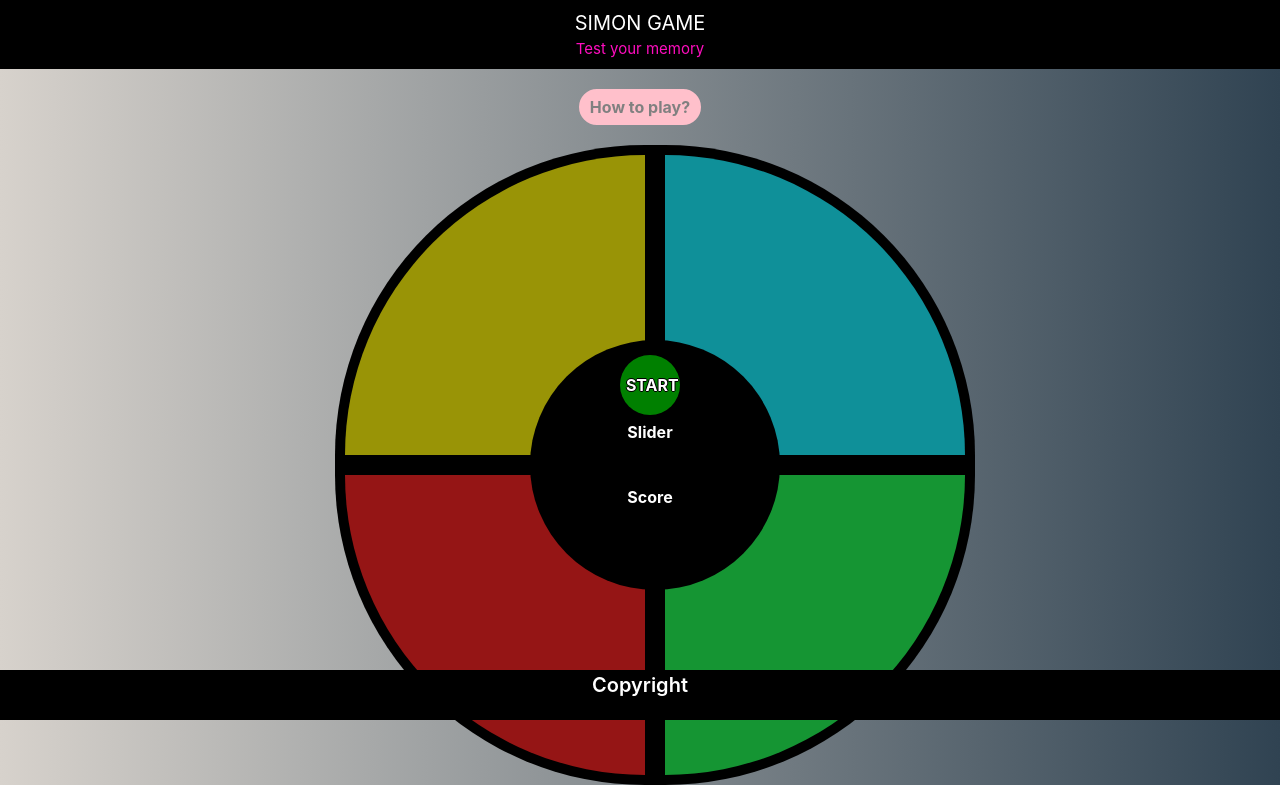
Repository: murphya14/Simon-game
Page: index.html
The author's editor kept a record of every edit. The page is drawn from the files as they stood at one moment, then again after the next edit.
The browser window is 1280 px wide. The pictures show the whole page.
The pointer rests on the first visible `.how-to`.

Above is the page before.

### index.html
<!DOCTYPE html>
<html lang="en">

<head>
    <meta charset="UTF-8">
    <meta name="viewport" content="width=device-width, initial-scale=1, shrink-to-fit=no">
    <meta http-equiv="X-UA-Compatible" content="ie=edge">
    <meta charset="UTF-8">

    <meta name="description" content="Simon Memory Game">
    <meta name="keywords" content="Simon Memory, Memory Game, Game, Puzzle, Fun, Challenge">
    <meta name="author" content="Aisling Murphy">
    <link rel="stylesheet" href="assets/css/style.css" type="text/css" />
    <link href="/YOUR_PATH/favicon.ico" rel="icon" type="image/x-icon" />
    <link rel="stylesheet" href=" https://stackpath.bootstrapcdn.com/font-awesome/4.7.0/css/font-awesome.min.css" type="text/css" />
    <link href="https://fonts.googleapis.com/css?family=Orbitron&display=swap" rel="stylesheet">
    <link href="https://fonts.googleapis.com/css?family=Shojumaru&effect=3d rel='stylesheet' type='text/css">
    <link rel="stylesheet" href="https://stackpath.bootstrapcdn.com/bootstrap/4.3.1/css/bootstrap.min.css" integrity="sha384-ggOyR0iXCbMQv3Xipma34MD+dH/1fQ784/j6cY/iJTQUOhcWr7x9JvoRxT2MZw1T" crossorigin="anonymous">
    <link href="data:[embedded picture, 1901 characters]"
        rel="icon" type="image/x-icon" />
    <title>Simon Game</title>


</head>

<body>
    <header>
        <nav class="navbar navbar-expand-lg flex-column container-fluid">
            <div="row">
                <div class="col-12 header">Simon Game</div>
                </div>
                <div class="row">
                    <div class="col-12 sub-heading">Test your memory</div>
                </div>
    </header>
    </nav>

  <div class="wrapper">  <div class="container flex-column">

        <div class="row">
            <div class="col center">
                <button class="how-to" id="how-to">How to play?</button>
            </div>
        </div>

        <!---Help from https://www.danpurdy.co.uk/tutorial/simon-says-game-in-jquery-tutorial/-->

        <div class="row">
            <div class="col">
                <div class="background-circle">
                    <div class="pad one" id="1">
                        <audio preload="auto" class="sound1" data-pad="1">
                  <source src="sounds/mp3/sounds_01.mp3" type="audio/mpeg"/>
               </audio>
                    </div>
                    <div class="pad two" id="2">
                        <audio preload="auto" class="sound2" data-pad="2">
          <source src="sounds/mp3/sounds_02.mp3" type="audio/mpeg"/>
                 </audio>
                    </div>
                    <div class="pad three" id="3">
                        <audio preload="auto" class="sound3" data-pad="3">
                <source src="sounds/mp3/sounds_03.mp3" type="audio/mpeg"/>

                </audio>
                    </div>
                    <div class="pad four" id="4">
                        <audio preload="auto" class="sound4" data-pad="4">
                  <source src="sounds/mp3/sounds_04.mp3" type="audio/mpeg"/>
                </audio>
                    </div>

                    <div class="circle">

                    <button class="center start-button" id="start">Start</button>

                    <div id="slider">Slider</div>

                    <div id="score">Score</div>

                    </div>



                </div>

            </div>

        </div>
 </div>
        <footer class="footer flex-column">
            <p class="col"> Copyright </p>
        </footer>

        <script src="https://code.jquery.com/jquery-3.3.1.slim.min.js" integrity="sha384-q8i/X+965DzO0rT7abK41JStQIAqVgRVzpbzo5smXKp4YfRvH+8abtTE1Pi6jizo" crossorigin="anonymous"></script>
        <script src="https://ajax.googleapis.com/ajax/libs/jquery/3.3.1/jquery.min.js"></script>
        <script src="https://cdnjs.cloudflare.com/ajax/libs/popper.js/1.14.7/umd/popper.min.js" integrity="sha384-UO2eT0CpHqdSJQ6hJty5KVphtPhzWj9WO1clHTMGa3JDZwrnQq4sF86dIHNDz0W1" crossorigin="anonymous"></script>
        <script src="https://stackpath.bootstrapcdn.com/bootstrap/4.3.1/js/bootstrap.min.js" integrity="sha384-JjSmVgyd0p3pXB1rRibZUAYoIIy6OrQ6VrjIEaFf/nJGzIxFDsf4x0xIM+B07jRM" crossorigin="anonymous"></script>
        <script type="text/javascript" src="assets/js/make.js"></script>
</body>

</html>

### assets/css/style.css
body {
background-image: linear-gradient(to right, #d7d2cc 0%, #304352 100%);
/*background sourced from https://webgradients.com/*/
    height: 100%;
    font-family: 'Orbitron', sans-serif;
    font-size: 20px;
    text-align: center;
    position: relative;
    width: 100%;
    margin: auto;
}

.wrapper {
    position: relative;
    width: 640px;
    margin: 0 auto;

}




.center {
    text-align: center;
    ;
}

/*Nav/header styling*/

.navbar {background-color: black;
    color: white;
}

.header {
    position: fixed;
    font-size: 20px;
    text-transform: uppercase;

    text-align: center;

}

.sub-heading {
    position: fixed;
    font-size:15px;
    text-align: center;
    color: #ff0dbf;
}


/*Shapes*/

.circle {
    position: absolute;
    top: 195px;
    left: 195px;
    width: 250px;
    height: 250px;
    background: #000;
    border-radius: 125px;
    z-index: 10;
}

.background-circle {
    position: absolute;
    top: 0px;
    width: 640px;
    height: 640px;
    z-index: 0;
    background-color: black;
    border-radius: 310px;
}


.pad {

    width: 300px;
    height: 300px;
    float: left;
    z-index: 1;
    margin: 10px;
    -ms-filter: "progid:DXImageTransform.Microsoft.Alpha(Opacity=60)";
    filter: alpha(opacity=60);
    opacity: 0.6;
    /*Will be linked in JS to change*/
}



.one {
    border-top-left-radius: 300px;
    background-color: #FFF70B;
}

.two {
    float: left;
    border-top-right-radius: 300px;
    background-color: #19F0FF;
    clear: right;
}

.three {
    float: left;
    border-bottom-left-radius: 300px;
    background-color: #F92323;
    clear: left;
}

.four {
    float: left;
    border-bottom-right-radius: 300px;
    background-color: #23F955;

}

/*Buttons*/

/*Styling for modul button*/

.how-to {
    color: #0b0b0d;
    border: 5px solid pink;
    background-color: #daddeb;
    font-weight: 600;
    border-radius: 25px;

    margin: 20px;
    text-align: center;
    cursor: pointer;
}

.how-to:hover {
    background-color: pink;
    color: gray;
    font-weight: 700;
}



.start-button {
    width: 60px;
    height: 60px;
    background-color: green;
    border-radius: 310px;
    text-align: center;
    font-weight: 700;
    margin-left: 90px;
    margin-top: 15px;
    text-transform: uppercase;
    border: 20px;
    border-color: #0B7842;
    text-shadow: -1px 0 black, 0 1px black, 1px 0 black, 0 -1px black;
    color: white;
    cursor: pointer
}

.start-button:hover {
    background-color: #49fb35
}




#slider,
#score {
    color: white;
    width: 60px;
    height: 60px;
    text-align: center;
    font-weight: 700;
    margin-left: 90px;
    margin-top: 5px;
}



/*Footers*/

.footer {
    position: fixed;
    left: 0;
    bottom: 0;
    width: 100%;
    text-align: center;
    font-size: 10px;
    margin:0;
    color: white;
    background-color: black;
    height: 50px;
    font-size: 20px;
    font-weight: 600;

}

Loaded but not shown: assets/js/make.js (no copy from this time; the picture is the same without it)

After the next edit:
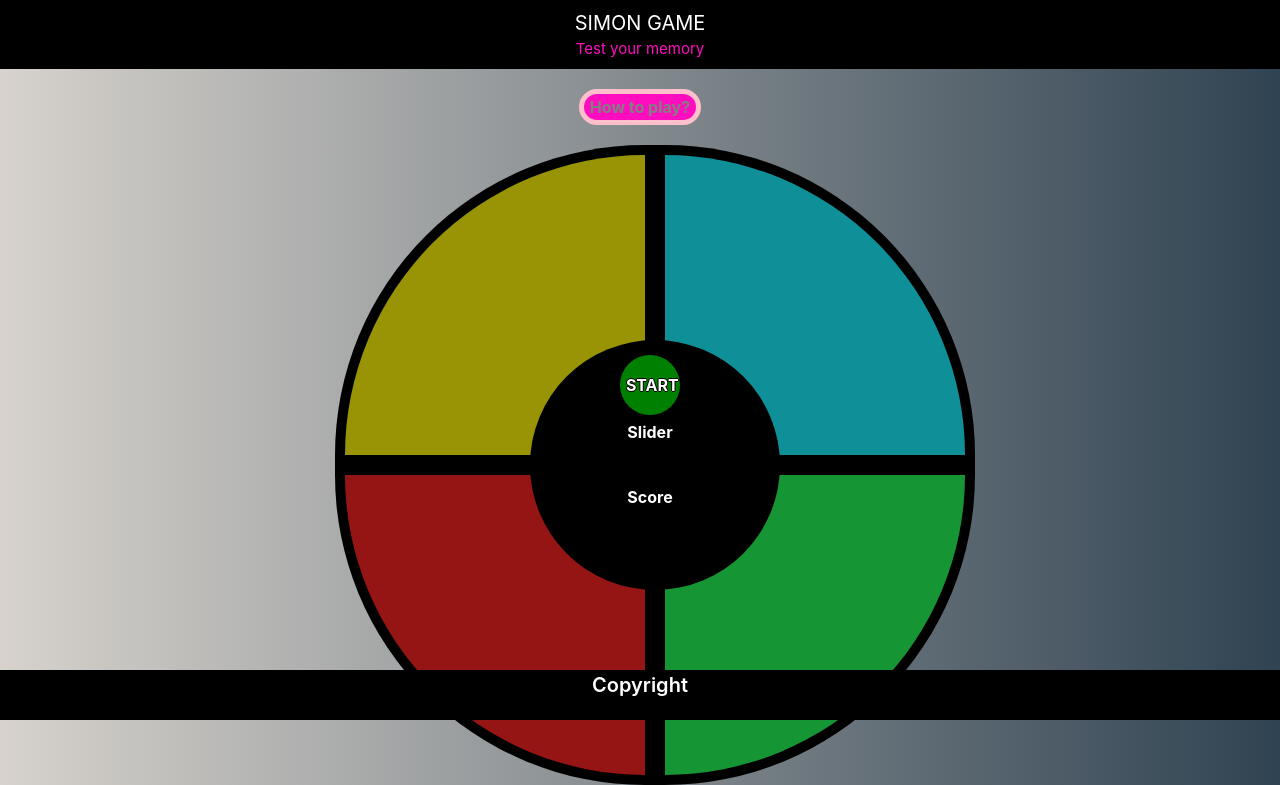
The edit:
--- a/assets/css/style.css
+++ b/assets/css/style.css
@@ -130,7 +130,7 @@
 }
 
 .how-to:hover {
-    background-color: pink;
+    background-color: #ff0dbf;
     color: gray;
     font-weight: 700;
 }
